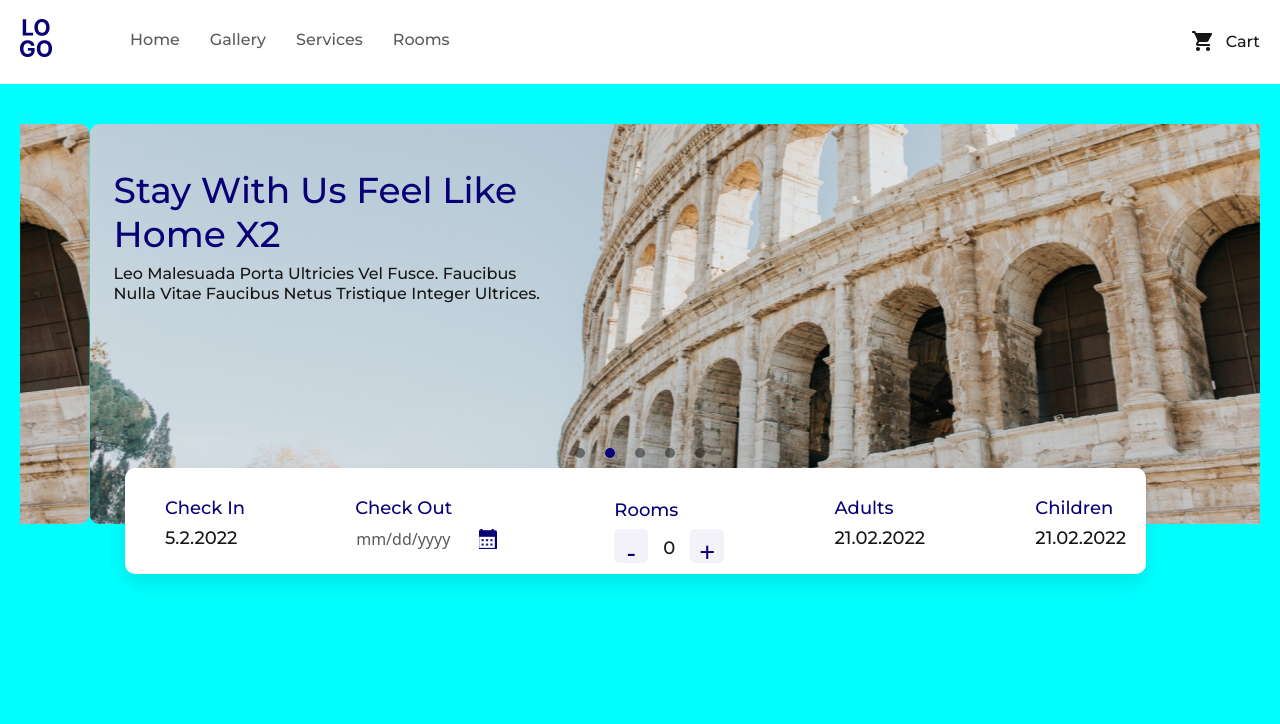
Repository: Mayis01/tasktest
Page: /
An editor plug-in stored every save of this project. The page is shown before and after the next save, followed by the edit.
The browser window is 1280 px wide. The pictures show the whole page.
The project was rebuilt for these pictures with package versions that can differ from the ones it lists, and the page was loaded fresh each time. Also part of the build but not shown: src/App.css, src/Pages/Error/Error.jsx, src/Pages/Gallery/Gallery.jsx, src/Pages/Rooms/Rooms.jsx, src/Pages/Services/Services.jsx.

Above is the page before, as saved 2022-03-25 17:28:50.

### src/App.js
import { Route, Routes } from 'react-router';
import { BrowserRouter } from 'react-router-dom';
import './App.css';
import "bootstrap/dist/css/bootstrap.min.css";
import Header from './Layouts/Header/Header';
import Error from './Pages/Error/Error';
import Gallery from './Pages/Gallery/Gallery';
import Home from './Pages/Home/Home';
import Rooms from './Pages/Rooms/Rooms';
import Services from './Pages/Services/Services';

function App() {
  return (
    <>
      <BrowserRouter>
        <Header />
        <Routes>
          <Route path="/" element={<Home />} />
          <Route path="/Gallery" element={<Gallery />} />
          <Route path="/Services" element={<Services />} />
          <Route path="/Rooms" element={<Rooms />} />
          <Route path="*" element={<Error />} />
        </Routes>

      </BrowserRouter>

    </>
  );
}

export default App;

### src/Layouts/Header/Header.jsx
import "./Header.scss";
import logo from "../../Images/logo.png";
import headerVector from "../../Images/headerVector.png";
import Menu from "../../JSON/Menu/menu.json";
import { Link } from "react-router-dom";

export default function Header() {
  return (
    <>
      <header className="MainHeader">
        <div className="MenuLogo">
          <div >
            <Link to={"/"}>
              <img src={logo} alt="LO GO" />
            </Link>
          </div>
          <div>
            <ul>
              {Menu.map((item) => {
                return (
                  <Link to={"/" + item.link}>
                    <li key={item.key}>{item.menuItem}</li>
                  </Link>
                );
              })}
            </ul>
          </div>
        </div>
        <div>
          <Link to={"*"}>
            <div >
              <img src={headerVector} alt="" />
            </div>
            <div>
              <p>Cart</p>
            </div>
          </Link>
        </div>
      </header>
    </>
  );
}

### src/Pages/Home/Home.jsx
import "./Home.scss";
import { useEffect, useState } from "react";
import HomeHeaderData from "../../JSON/HomeHeader/homeHeader.json";
import { Carousel } from "react-bootstrap";
import HomeBackgroud from "../../Images/HomeBackground.png";

export default function Home() {
  const [DateYear, setDateYear] = useState("");
  const [DateMonth, setDateMonth] = useState("");
  const [DateDay, setDateDay] = useState("");
  useEffect(() => {
    setDateYear(new Date().getFullYear());
    setDateMonth(new Date().getUTCMonth());
    setDateDay(new Date().getDay());
  }, [DateYear, DateMonth, DateDay]);


  return (
    <>
      <section className="HomeSection">
        <div>
          <Carousel>
            {HomeHeaderData.map((item) => {
              return (
                <Carousel.Item interval={5000} key={item.key}>
                  <div className="HeaderBG">
                    <div className="boxH1">
                      <h1>{item.h1}</h1>
                      <h2>{item.h2}</h2>
                    </div>
                  </div>
                </Carousel.Item>
              );
            })}
          </Carousel>

          <div className="formStyle">
            <div>
              <h3> Check In</h3>
              <p>{DateDay + "." + DateMonth + "." + DateYear}</p>
            </div>

            <div>
              <h3>Check Out</h3>
             <input type="date"/>
            </div>

            <div>
              <h3> Rooms</h3>
            <div>
              <button type="button">-</button>
              <p>0</p>
              <button type="button">+</button>
            </div>

            </div>

            <div>
              <h3> Adults</h3>
              <p>21.02.2022</p>
            </div>

            <div>
              <h3>Children</h3>
              <p>21.02.2022</p>
            </div>
          </div>
        </div>
      </section>
    </>
  );
}

### src/Layouts/Header/Header.scss
@import "../../Styles/CommonStyle.scss";

.MainHeader {
    @include Container(84px);
    display: flex;
    justify-content: space-between;
    align-items: center;
    > div {
        display: flex;
        div {
            > ul {
                display: flex;
                margin-left: 31px;

                > a {
                    text-decoration: none;
                    padding-top: 11px;
                    > li {
                        @include headerFooterTextStyle($textColor);
                        list-style: none;
                        margin: 0 15px;

                        &:hover {
                            cursor: pointer;
                            color: $mainColor;
                        }
                    }
                }
            }
        }
        > a {
            display: flex;
            text-decoration: none;
            margin-top: 11px;
            > div {
                > p {
                    @include headerFooterTextStyle($headerColor);
                    margin-left: 13px;
                    margin-top: 5px;
                }
            }
        }
    }
}

### src/JSON/Menu/menu.json
[
    {
        "key": "Menu1",
        "menuItem": "Home",
        "link":""
    },
    {
        "key": "Menu2",
        "menuItem": "Gallery",
        "link":"Gallery"

    },
    {
        "key": "Menu3",
        "menuItem": "Services",
        "link":"Services"
    },
    {
        "key": "Menu4",
        "menuItem": "Rooms",
        "link":"Rooms"
    }
]

### src/Pages/Home/Home.scss
@import "../../Styles/CommonStyle.scss";

.HomeSection {
    width: 100%;
    min-height: 500px;
    background-color: aqua;
    padding-top: 40px;

    > div {
        @include Container(600px);
        position: relative;
    }
}
.HeaderBG {
    min-height: 400px;
    background: url("../../Images/HomeBackground.png") no-repeat center;
    background-size: cover;
    border-radius: 10px;
}
.boxH1 {
    width: 458px;
    padding-top: 44px;
    padding-left: 24px;
    > h1 {
        /* Stay with us feel like home */
        @include HomeTextStyle(500, 36px, 44px, $mainColor);
    }
    > h2 {
        @include HomeTextStyle(400, 16px, 20px, $headerColor);

        /* Leo malesuada porta ultricies vel fusce. Faucibus nulla vitae faucibus netus tristique integer ultrices. */
    }
}

.carousel-control-prev-icon,
.carousel-control-next-icon {
    display: none;
}

.carousel-indicators .active {
    background-color: $mainColor !important;
}

.carousel-indicators > button {
    width: 10px !important;
    height: 10px !important;
    border-radius: 50%;
    background-color: $headerColor !important;
    margin-left: 10px !important;
    margin-right: 10px !important;
    margin-bottom: 40px !important;
}

.formStyle {
    width: 1021px;
    height: 106px;
    padding-left: 40px;
    padding-right: 20px;
    /* Frame 5 */
    background: #ffffff;
    box-shadow: 0px 10px 20px rgba(0, 0, 0, 0.1);
    border-radius: 10px;
    position: absolute;
    bottom: 150px;
    left: 120px;
    display: flex;
    justify-content: space-between;
    align-items: center;
    > div {
        margin-top: 20px;
        > h3 {
            /* Check In */
            @include HomeTextStyle(500, 18px, 22px, $mainColor);
        }

        > p {
            /* 21.02.2022 */
            @include HomeTextStyle(400, 18px, 22px, $headerColor);
        }
        > input[type="date"] {
            margin-bottom: 15px;
            border: none;
            color: $textColor;
        }

        > input[type="date"]::-webkit-calendar-picker-indicator {
            background-image: url("./../../Images/calendarIcon.png");
            background-repeat: no-repeat;
            background-position: 100% center;
            background-size: 20px;
            cursor: pointer;
            margin-right: 5px;

        }
        > div {
            width: 110px;
            height: 35px;
            display: flex;
            justify-content: space-between;
            > button {
                /* Frame 31 */

                background: #f2f2f8;
                border-radius: 5px;
                width: 34px;
                height: 34px;
                border-style: none;
                color: $mainColor;
                font-size: 28px;
                margin-bottom: 8px
            }

            > p {
                /* 1 */

                @include HomeTextStyle(400, 18px, 22px, $headerColor);
                padding-top: 8px;
            }
        }
    }
}

### src/JSON/HomeHeader/homeHeader.json
[
    {
        "key": "HeaderSectionkey1",
        "h1": "Stay With Us Feel Like Home",
        "h2": "Leo malesuada porta ultricies vel fusce. Faucibus nulla vitae faucibus netus tristique integer ultrices."
    },
    {
        "key": "HeaderSectionkey2",
        "h1": "Stay With Us Feel Like Home X2",
        "h2": "Leo malesuada porta ultricies vel fusce. Faucibus nulla vitae faucibus netus tristique integer ultrices."
    },
    {
        "key": "HeaderSectionkey3",
        "h1": "Stay With Us Feel Like Home X3",
        "h2": "Leo malesuada porta ultricies vel fusce. Faucibus nulla vitae faucibus netus tristique integer ultrices."
    },
    {
        "key": "HeaderSectionkey4",
        "h1": "Stay With Us Feel Like Home X4",
        "h2": "Leo malesuada porta ultricies vel fusce. Faucibus nulla vitae faucibus netus tristique integer ultrices."
    },
    {
        "key": "HeaderSectionkey5",
        "h1": "Stay With Us Feel Like Home X5",
        "h2": "Leo malesuada porta ultricies vel fusce. Faucibus nulla vitae faucibus netus tristique integer ultrices."
    }
]

### src/Styles/CommonStyle.scss
@import url('https://fonts.googleapis.com/css2?family=Montserrat:wght@500&family=Roboto:ital@1&display=swap');

$mainFontFamily: "Montserrat", sans-serif;
$mainColor: #090076;
$textColor: #5a5a5a;
$headerColor: #161616;

@mixin Container($minHeight) {
    max-width: 1270px !important;
    width: 100%;
    min-height: $minHeight;
    padding-right: 15px;
    padding-left: 15px;
    margin-right: auto;
    margin-left: auto;
}

@mixin headerFooterTextStyle($selectedColor) {
    font-family: $mainFontFamily;
    font-style: normal;
    font-weight: 400;
    font-size: 16px;
    line-height: 20px;
    /* identical to box height */
    color: $selectedColor;
    /* Inside auto layout */
}

@mixin HomeTextStyle($HomeFontWeight, $HomeFontSize, $HomeLineHeight, $HomeColor) {
    font-family: $mainFontFamily;
    font-style: normal;
    text-transform: capitalize;
    font-weight: $HomeFontWeight;
    font-size: $HomeFontSize;
    line-height: $HomeLineHeight;
    color: $HomeColor;
}

/* Gallery */

Loaded but not shown: public/index.html (common file); src/index.js (common file); src/index.css (common file); src/reportWebVitals.js (common file)

After the next save:
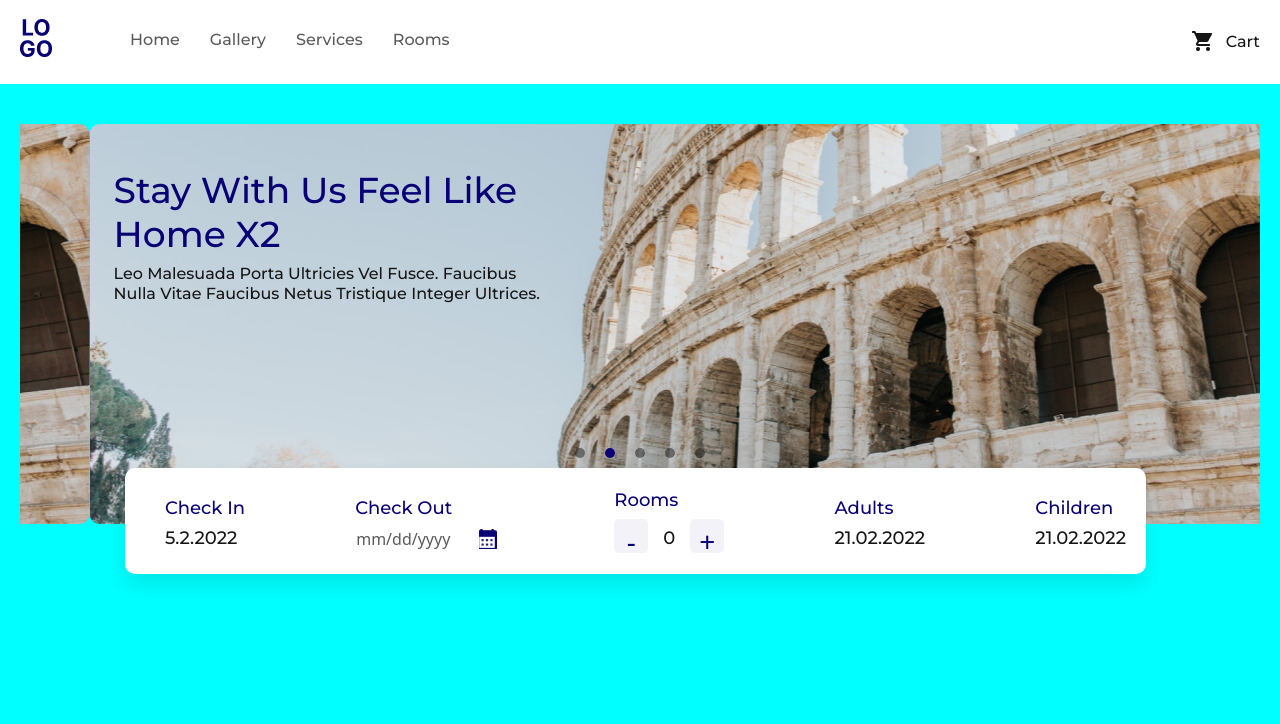
Saved 16 s later.
--- a/src/Pages/Home/Home.scss
+++ b/src/Pages/Home/Home.scss
@@ -94,7 +94,7 @@
         }
         > div {
             width: 110px;
-            height: 35px;
+            height: 55px;
             display: flex;
             justify-content: space-between;
             > button {
